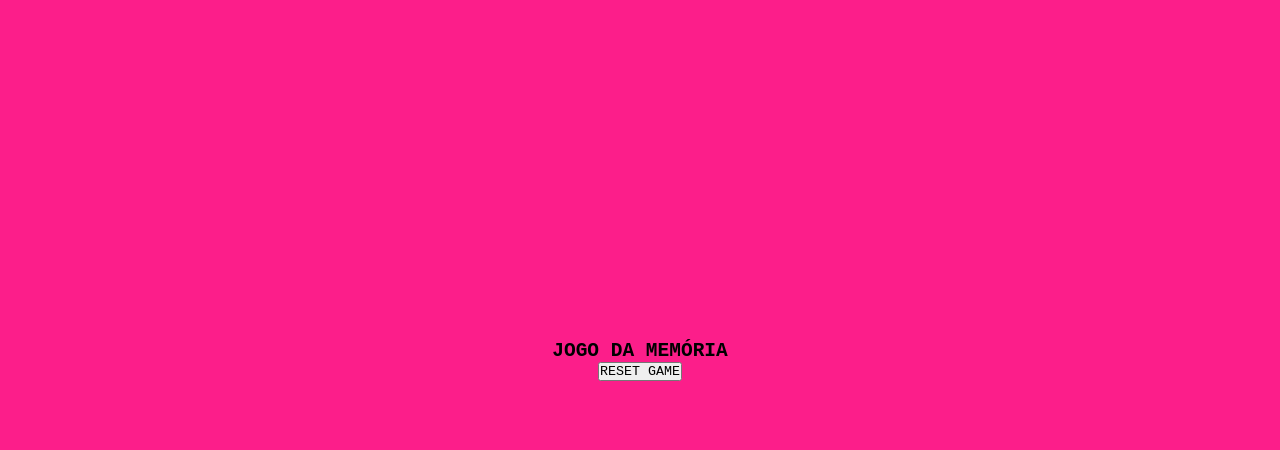
Repository: gustavotwist/memory-game
Page: index.html
An editor plug-in stored every save of this project. The page is shown before and after a run of saves, followed by the edit.
The browser window is 1280 px wide. The pictures show the whole page.

Above is the page before, as saved 2024-10-14 21:53:47.

After the next 2 saves:
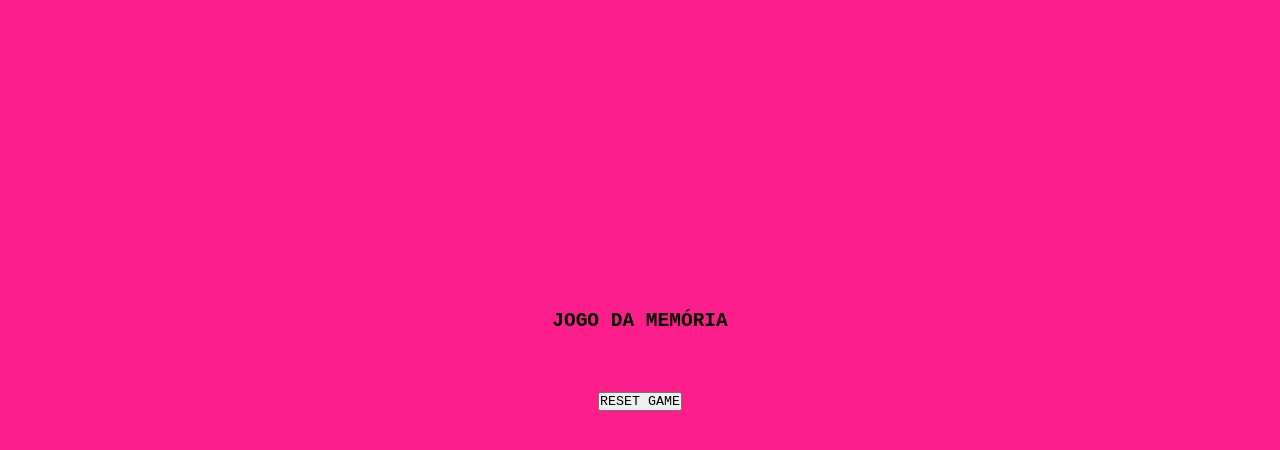
The 2 saves are shown as one change because they came seconds apart.
The last was saved 8 s later.
--- a/src/styles/main.css
+++ b/src/styles/main.css
@@ -12,5 +12,5 @@ body {
     flex-direction: column;
     justify-content: center;
     align-items: center;
-    gap 30px
+    gap: 30px;
 }
